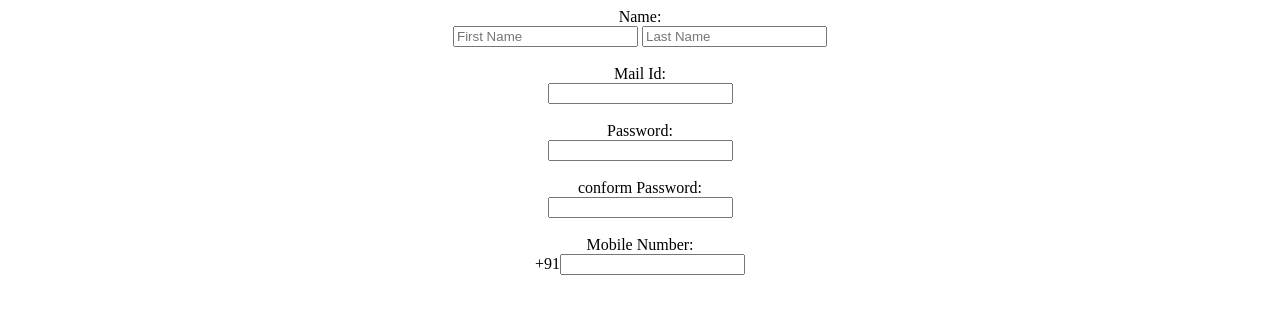
Repository: AbubakarShaik/Java_J2EE_Project
Page: http://localhost/com.testprojectServlet/Registration.jsp
The author's editor kept a copy of each file at every save. The page is drawn from the files as they stood at one save, then again after the next save.
The browser window is 1280 px wide. The pictures show the whole page.
The page is served by Tomcat 9. Other server files are loaded and not shown.

Above is the page before, as saved 2016-12-19 17:15:21.

### com.testprojectServlet/WebContent/Registration.jsp
<%@ page language="java" contentType="text/html; charset=ISO-8859-1"
    pageEncoding="ISO-8859-1"%>
<!DOCTYPE html PUBLIC "-//W3C//DTD HTML 4.01 Transitional//EN" "http://www.w3.org/TR/html4/loose.dtd">
<html>
<head>
<meta http-equiv="Content-Type" content="text/html; charset=ISO-8859-1">
<title>Insert title here</title>
</head>
<body>

<center>
Name:<br> <input type="text" placeholder="First Name"> <input type="text" placeholder="Last Name">
<br>

<br>
Mail Id:<br>
<input type="text" name="Mail Id">
<br>

<br>
Password:<br>
<input type="text" name="Password">
<br>

<br>
conform Password:<br>
<input type="text" name="Password">
<br>

<br>
Mobile Number:<br>
+91<input type="text" name="Number">

</center>
</body>
</html>

After the next save:
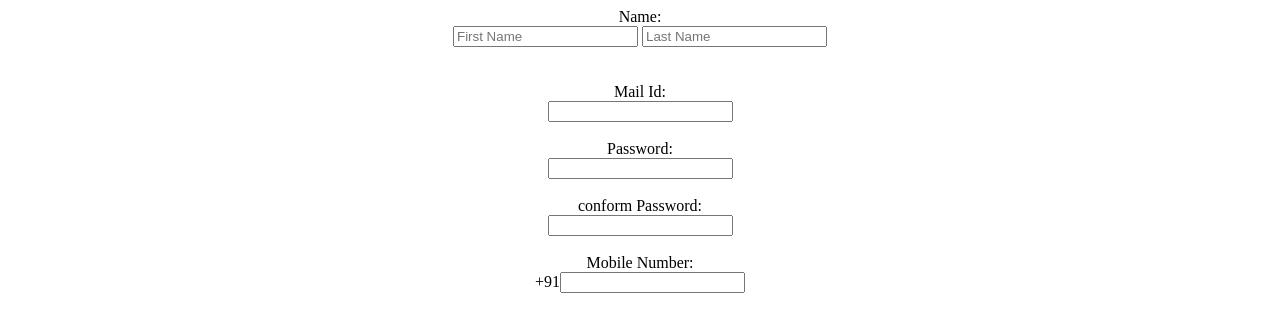
Saved 51 min 5 s later.
--- a/com.testprojectServlet/WebContent/Registration.jsp
+++ b/com.testprojectServlet/WebContent/Registration.jsp
@@ -9,7 +9,7 @@
 <body>
 
 <center>
-Name:<br> <input type="text" placeholder="First Name"> <input type="text" placeholder="Last Name">
+Name:<br> <center><input type="text" placeholder="First Name"> <input type="text" placeholder="Last Name"><center>
 <br>
 
 <br>
